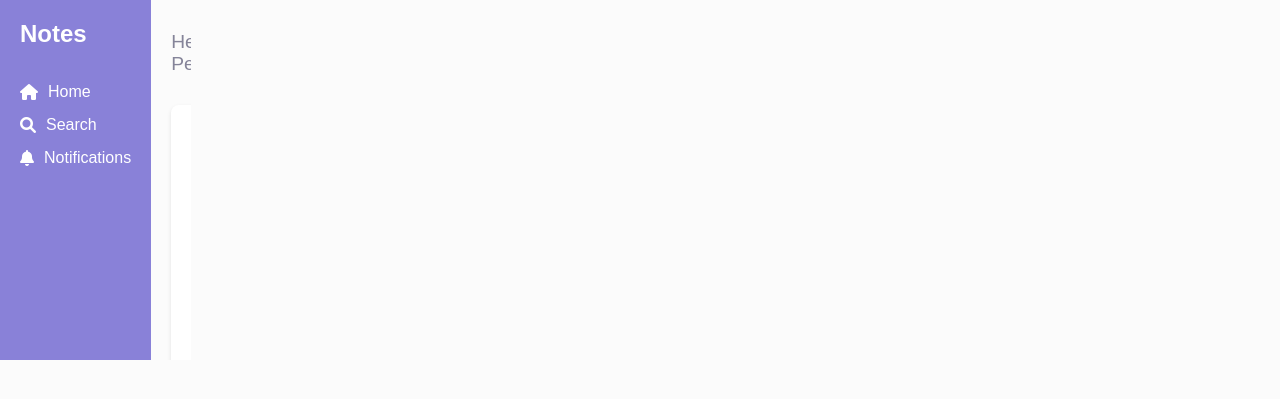
Repository: SatenikGabrielyan/HTML_CSS-_Assignment
Page: index.html
The author's editor kept a copy of each file at every save. The page is drawn from the files as they stood at one save, then again after the next save.
The browser window is 1280 px wide. The pictures show the whole page.

Above is the page before, as saved 2025-03-17 00:04:54.

After the next save:
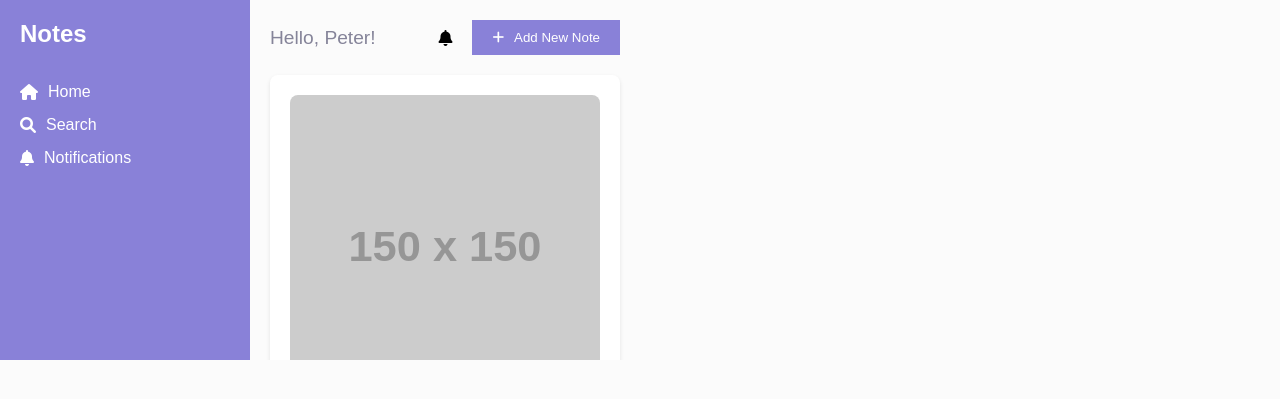
Saved 23 s later.
--- a/style.css
+++ b/style.css
@@ -21,9 +21,9 @@
     display: flex;
     height: 100vh;
   }
-  .wrapper{
+  /* .wrapper{
     position: relative;
-  }
+  } */
   .cont{
       display: flex;
       width: 100%;

After the save that followed:
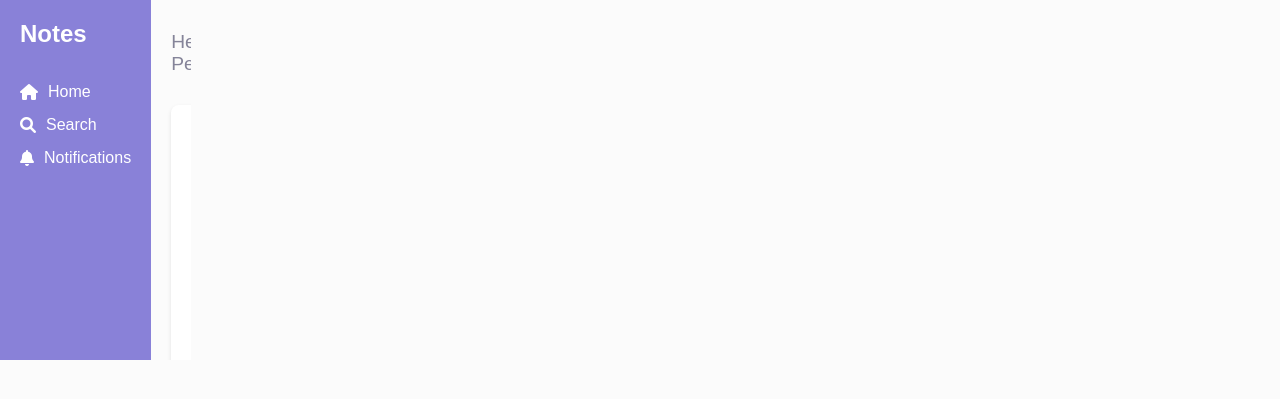
Saved 80 s later.
--- a/style.css
+++ b/style.css
@@ -21,9 +21,9 @@
     display: flex;
     height: 100vh;
   }
-  /* .wrapper{
+  .wrapper{
     position: relative;
-  } */
+  }
   .cont{
       display: flex;
       width: 100%;
